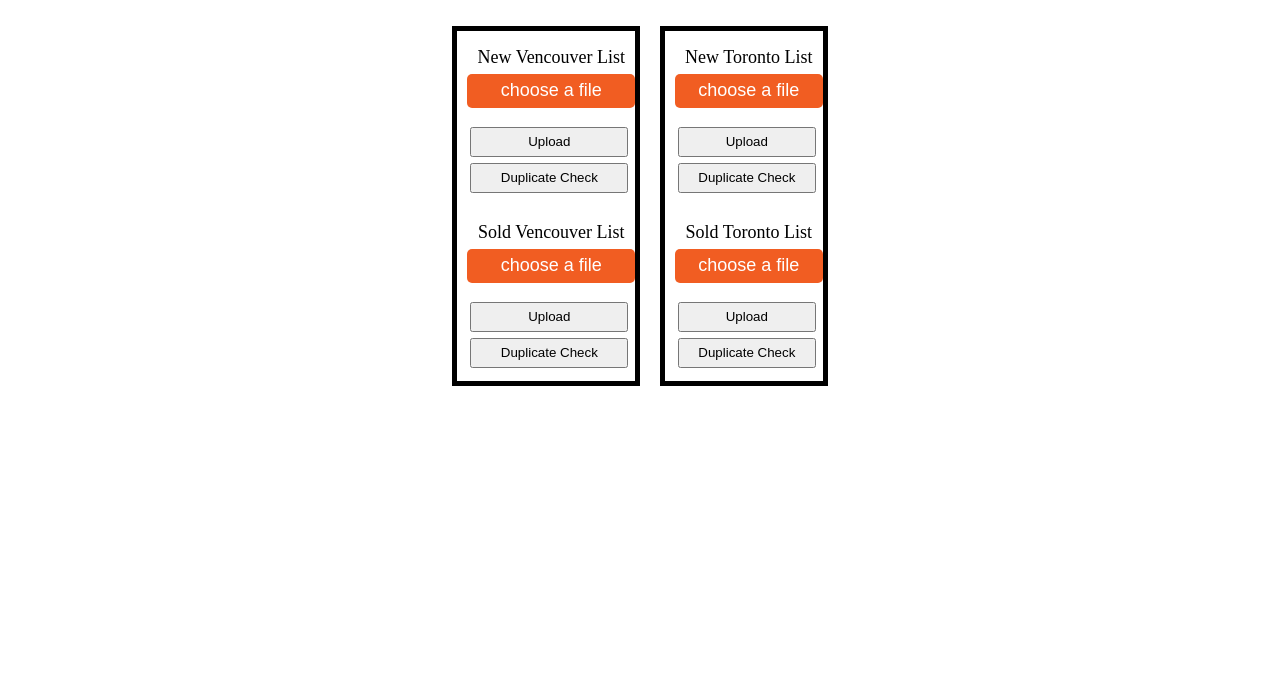
Repository: ah-sabbir/TIAM
Page: src/index.html
The author's editor kept a copy of each file at every save. The page is drawn from the files as they stood at one save, then again after a run of saves.
The browser window is 1280 px wide. The pictures show the whole page.

Above is the page before, as saved 2022-05-16 17:26:06.
Console error: TypeError: Cannot read properties of null (reading 'addEventListener')

After the next 9 saves:
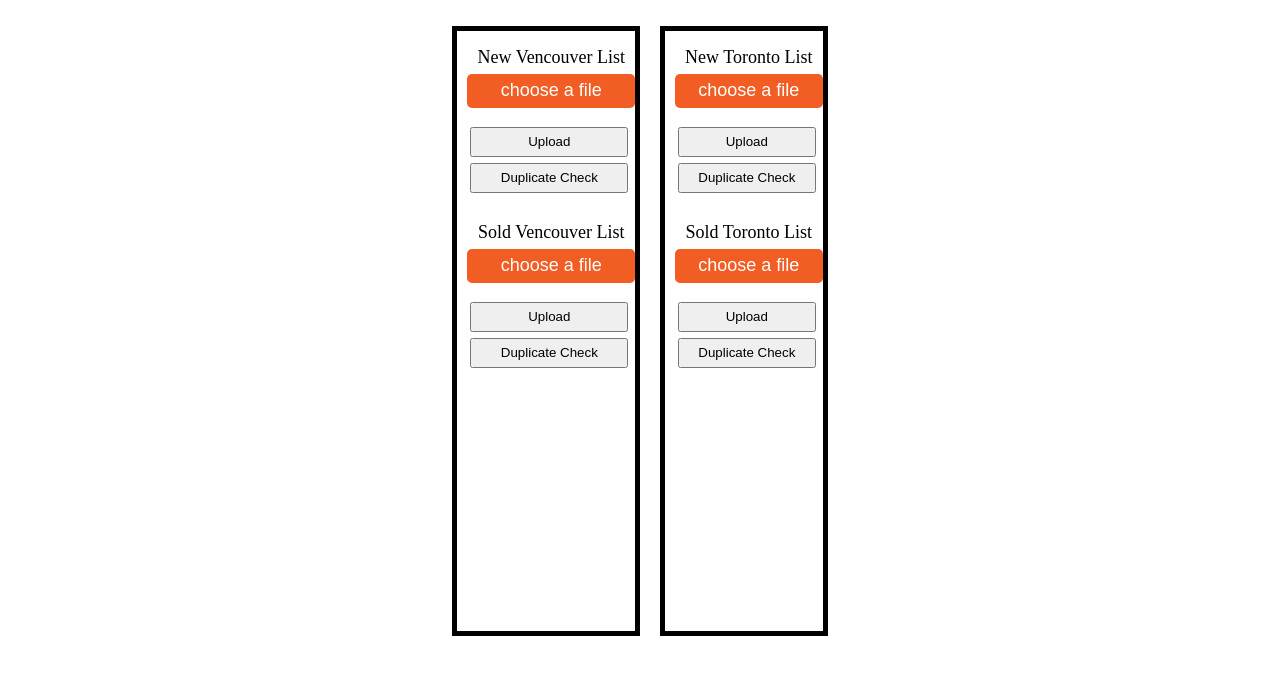
The 9 saves are shown as one change because they came seconds apart.
The last was saved 39 s later.
--- a/src/index.css
+++ b/src/index.css
@@ -14,7 +14,8 @@
     flex-direction: column;
     margin: 10px;
     border: solid 5px black;
-    height: ;
+    min-height: 600px;
+    max-height: ;
 }
 
 .box{
